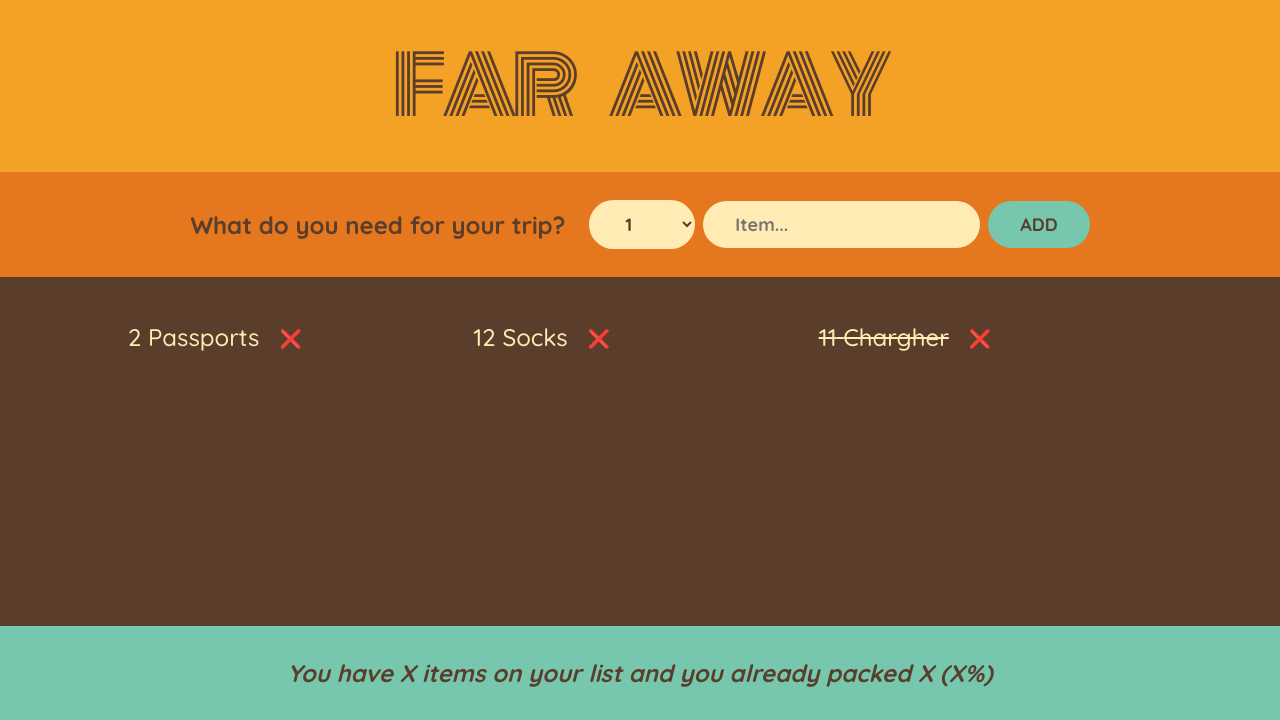
Repository: pmcalmeida/travel-list
Page: /
The author's editor kept a copy of each file at every save. The page is drawn from the files as they stood at one save, then again after a run of saves.
The browser window is 1280 px wide. The pictures show the whole page.
The project was rebuilt for these pictures with package versions that can differ from the ones it lists, and the page was loaded fresh each time.

Above is the page before, as saved 2024-05-01 11:50:28.

After the next 2 saves:
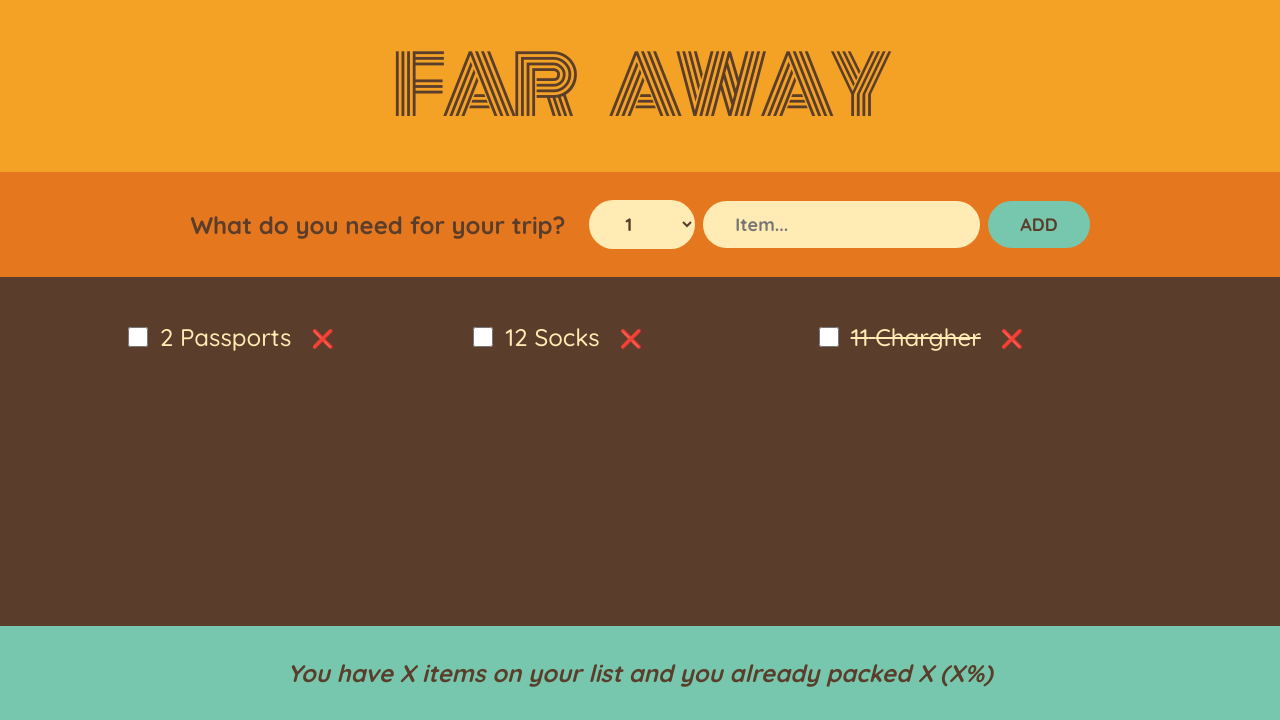
The 2 saves are shown as one change because 1 did not build or start.
The last was saved 2 min 34 s later.
--- a/src/App.js
+++ b/src/App.js
@@ -40,8 +40,9 @@
   )
 }
 
-function Item({ item: { id, description, quantity, packed }, onDeleteItem }) {
+function Item({ item: { id, description, quantity, packed }, onDeleteItem, onCheckItem }) {
   return <li>
+    <input type="checkbox" onClick={(e) => onCheckItem(e.target.value)}/>
     <span style={packed ? { textDecoration: "line-through"} : {}}>{quantity} {description}</span>
     <button onClick={() => onDeleteItem(id)}>❌</button>
   </li>
@@ -76,11 +77,15 @@
     setItems(items.filter((item) => item.id !== id));
   }
 
+  const handleCheckItem = (checked) => {
+    console.log(checked);
+  }
+
   return (
     <div className="app">
       <Logo />
       <Form onAddItems={handleAddItems}/>
-      <PackagingList items={items} onDeleteItem={handleDeleteItem}/>
+      <PackagingList items={items} onDeleteItem={handleDeleteItem} onCheckItem={handleCheckItem}/>
       <Stats />
     </div>
   );
